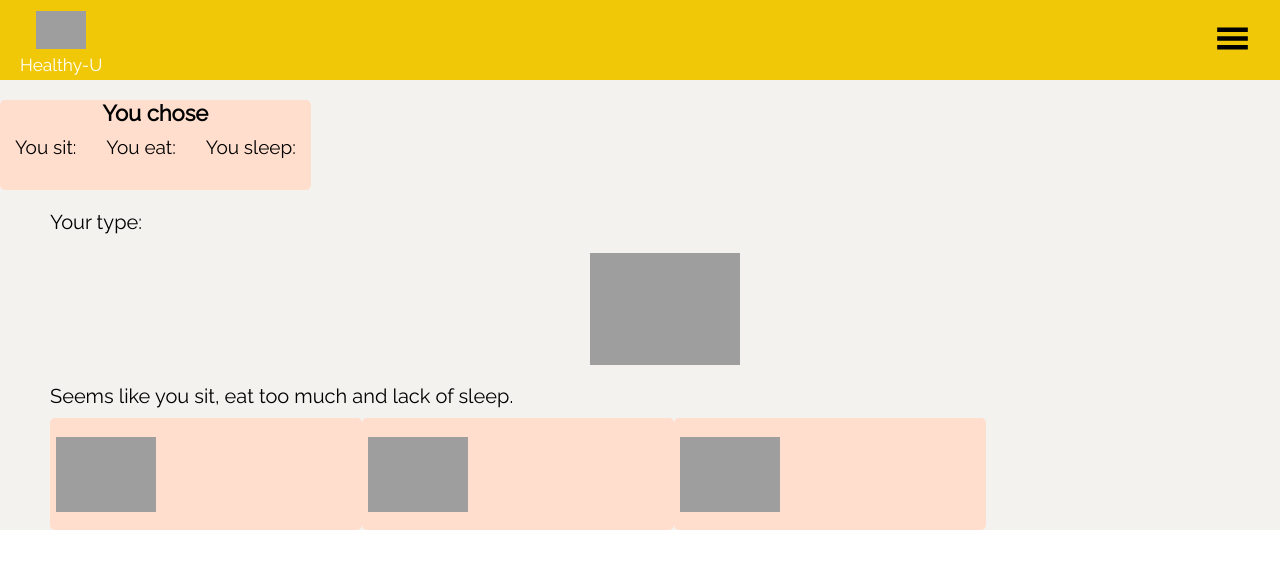
Repository: smashy09/healthy-share
Page: /ResultPage2
An editor plug-in stored every save of this project. The page is shown before and after the next save, followed by the edit.
The browser window is 1280 px wide. The pictures show the whole page.
Pictures or frames that could not be fetched are drawn as grey boxes. The project was rebuilt for these pictures with package versions that can differ from the ones it lists, and the page was loaded fresh each time. The framework's server and built-in components were replaced by stand-ins that run in the browser. Also part of the build but not shown: next.config.js, pages/ResultPage/resultpage.css.

Above is the page before, as saved 2020-05-14 23:48:55.

After the next save:
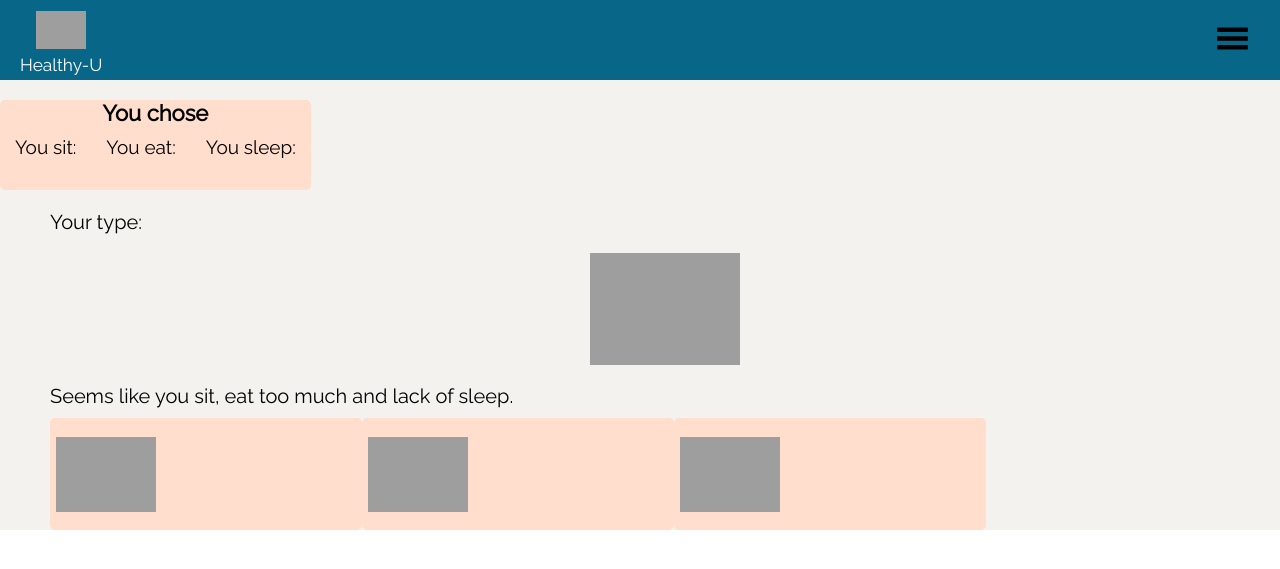
Saved 42 s later.
--- a/comps/Header/header.css
+++ b/comps/Header/header.css
@@ -5,7 +5,7 @@ body, html{
 .HeaderContainer {
     width: 100%;
     height: 80px;
-    background-color:#F0C808;
+    background-color:#086788;
     display: inline-flex;
     align-items: center;
 }
